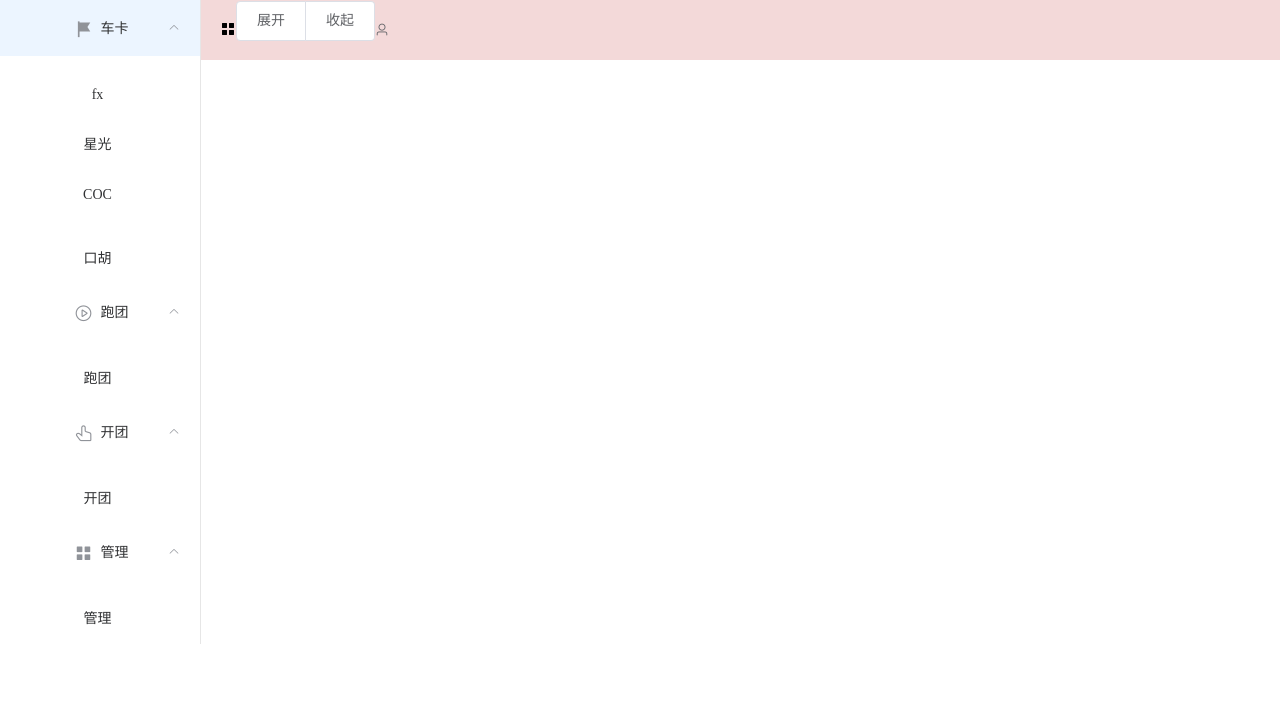
Repository: redlout/ptgkd
Page: /
An editor plug-in stored every save of this project. The page is shown before and after the next save, followed by the edit.
The browser window is 1280 px wide. The pictures show the whole page.
The project was rebuilt for these pictures with package versions that can differ from the ones it lists, and the page was loaded fresh each time. Also part of the build but not shown: src/mock/mock.js, src/views/Login.vue, src/components/SvgIcon/index.vue.

Above is the page before, as saved 2019-09-02 16:29:40.

After the next save:
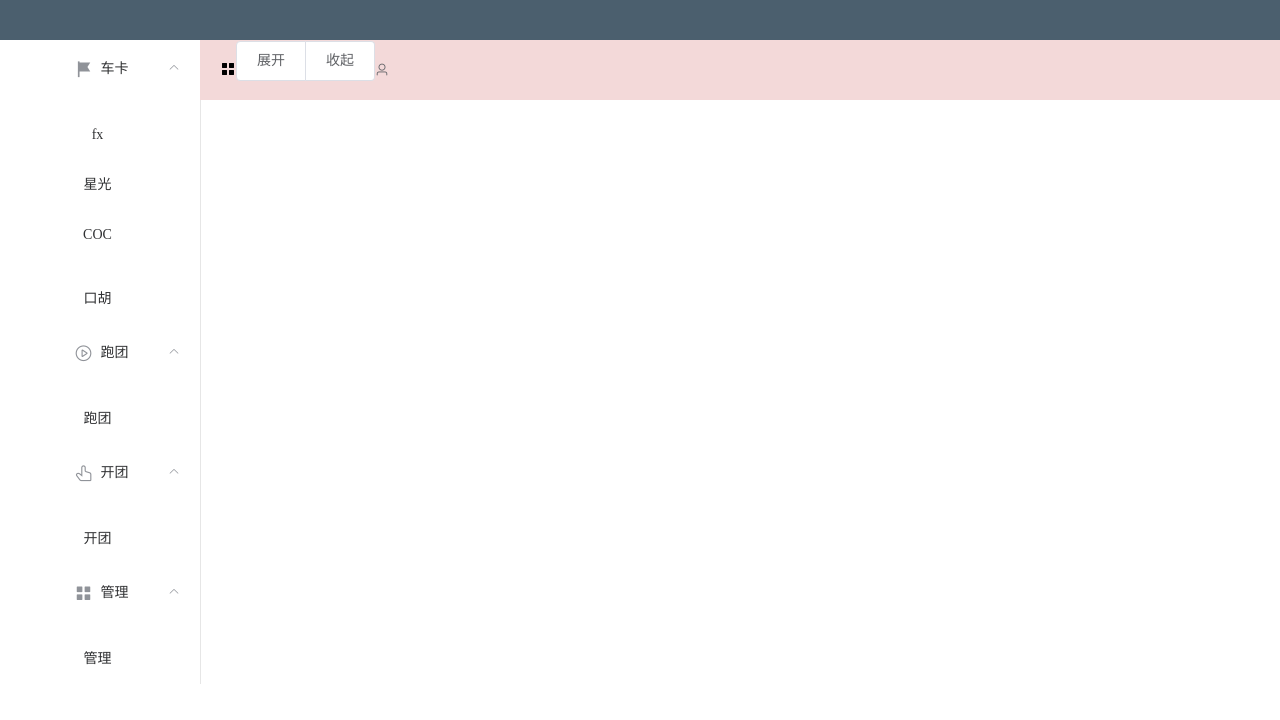
Saved 8 s later.
--- a/src/views/HelloWorld.vue
+++ b/src/views/HelloWorld.vue
@@ -1,11 +1,11 @@
 <template>
 <div class="container" >
   <el-container style="height: 100%;" direction="vertical">
-      <HeadBar></HeadBar>
+      <el-main></el-main>
     <el-container>
           <AsideBar></AsideBar>
+      <HeadBar></HeadBar>
 
-      <el-main></el-main>
     </el-container>
   </el-container>
 </div>

After the save that followed:
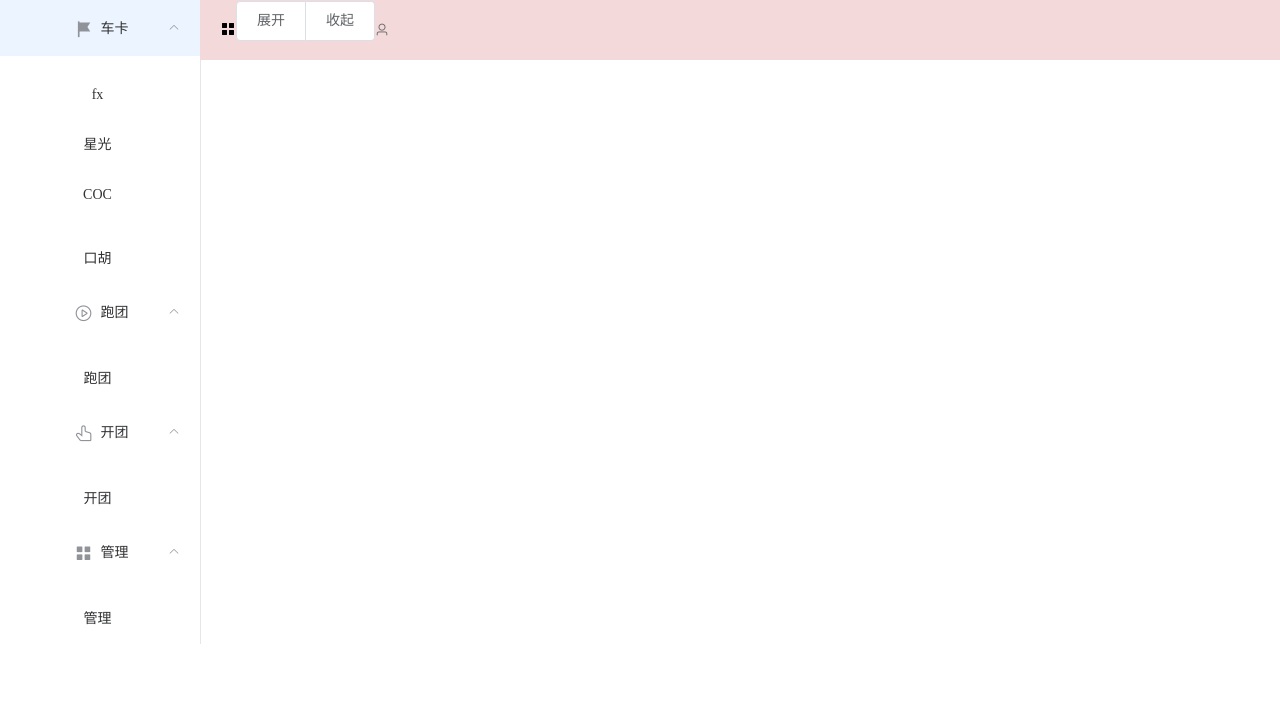
Saved 7 s later.
--- a/src/views/HelloWorld.vue
+++ b/src/views/HelloWorld.vue
@@ -1,12 +1,13 @@
 <template>
 <div class="container" >
   <el-container style="height: 100%;" direction="vertical">
-      <el-main></el-main>
+
     <el-container>
           <AsideBar></AsideBar>
       <HeadBar></HeadBar>
 
     </el-container>
+          <el-main></el-main>
   </el-container>
 </div>
 </template>
